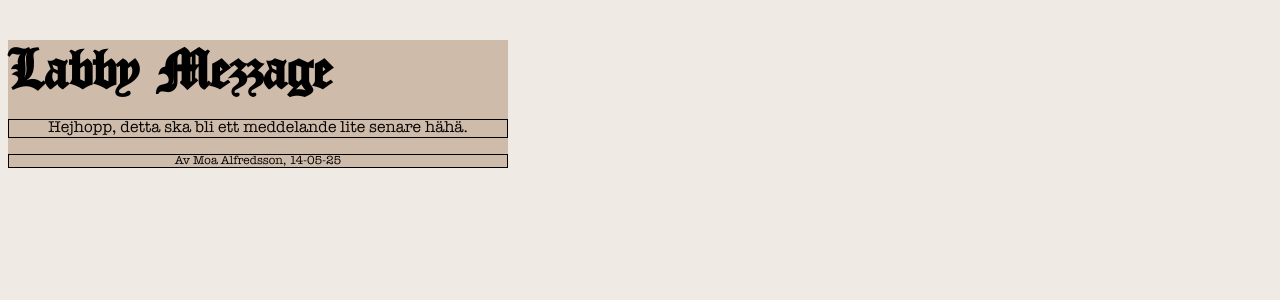
Repository: ma223md/1dv403-laborationer
Page: 2-labbymezzage/index.html
The author's editor kept a record of every edit. The page is drawn from the files as they stood at one moment, then again after the next edit.
The browser window is 1280 px wide. The pictures show the whole page.

Above is the page before.

### 2-labbymezzage/index.html
<!DOCTYPE html>
<html>
    <head>
        <meta charset="UTF-8" />
        <link rel="stylesheet" href="labbymezzagestyle.css" />
        <script src="js/motor.js"></script>
        <script src="js/message.js"></script>
        <title>Labby Mezzage</title>
    </head>
    <body>
        <div id="container">
            <header>
                <h1>Labby Mezzage</h1>
            </header>

            <main>
                <p>Hejhopp, detta ska bli ett meddelande lite senare hähä.</p>
            </main>

            <footer>
                <p>Av Moa Alfredsson, 14-05-25</p>
            </footer>
        </div>
    </body>
</html>

### 2-labbymezzage/labbymezzagestyle.css
@font-face {
    font-family: headline;
    src: url(../2-labbymezzage/fonts/OldLondon.ttf);
}

@font-face {
    font-family: article;
    src: url(fonts/linowrite.ttf);
}

body
{
    background-color: #efebe4;
}

#container {
    width: 500px;
    background-color: #cfbbaa;
}

p {
    font-family: article;
    text-align: center;
    border-style: solid;
    border-width: 1px;
}

h1 {
    font-family: headline;
    font-size: 60px;
}

footer {
    font-size: 12px;
}

Loaded but not shown: 2-labbymezzage/js/message.js (no copy from this time; the picture is the same without it); 2-labbymezzage/js/motor.js (no stored copy; drawn as an empty file)

After the next edit:
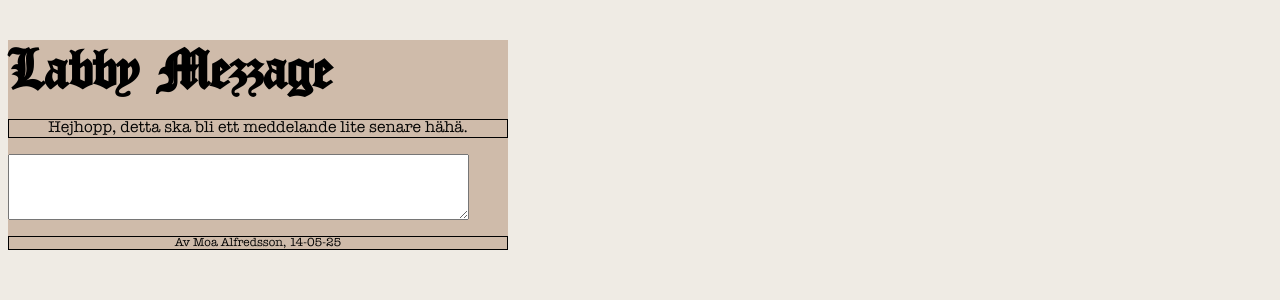
The edit:
--- a/2-labbymezzage/index.html
+++ b/2-labbymezzage/index.html
@@ -15,6 +15,7 @@
 
             <main>
                 <p>Hejhopp, detta ska bli ett meddelande lite senare hähä.</p>
+                <textarea rows="4" cols="55"></textarea>
             </main>
 
             <footer>
